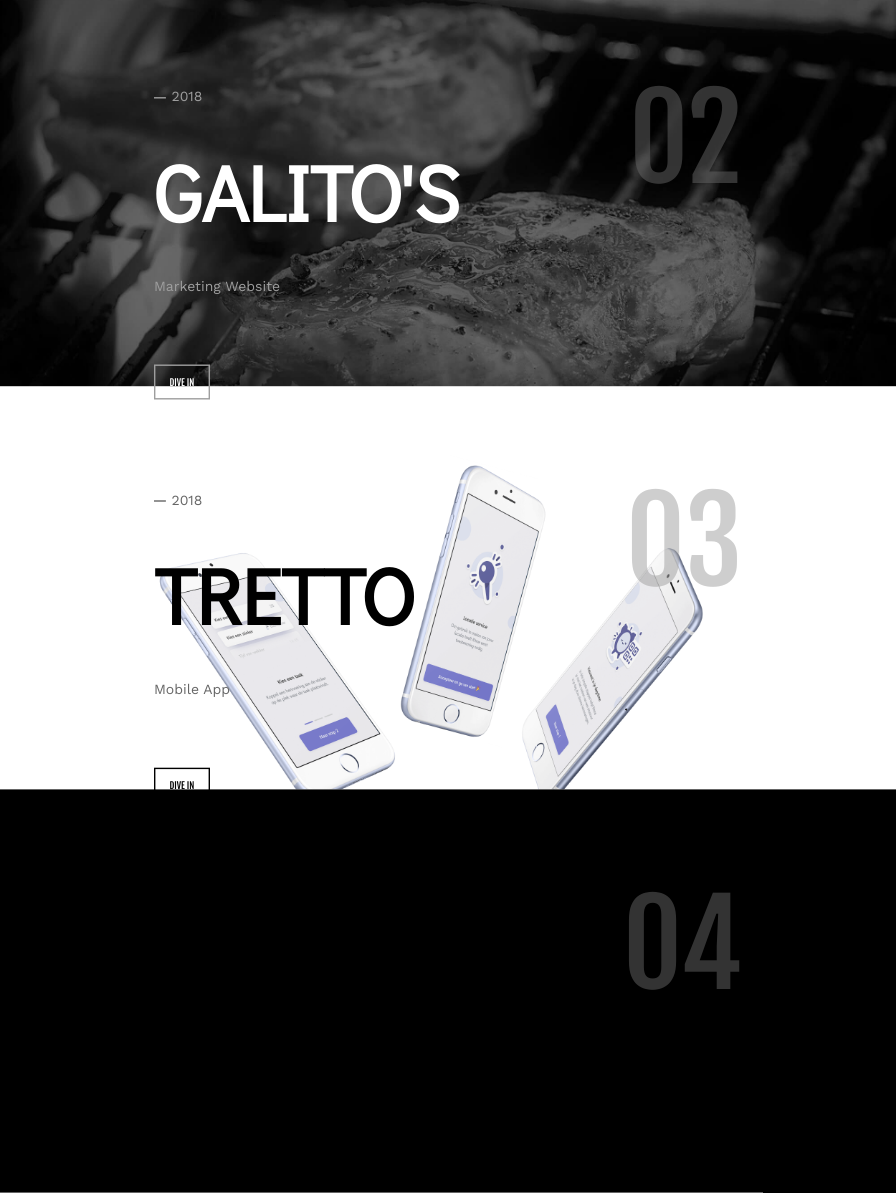
Repository: m0lt/DigitalDesigner
Page: index.html
The author's editor kept a copy of each file at every save. The page is drawn from the files as they stood at one save, then again after the next save.
The browser window is 1280 px wide. The pictures show the part of the page from y = 2584 to 4504 px (the page is 4288 px tall before and 4504 px after), at 70% of full size.
Backgrounds fixed to the window are drawn as part of the page.

Above is the page before, as saved 2025-07-08 11:33:55.

After the next save:
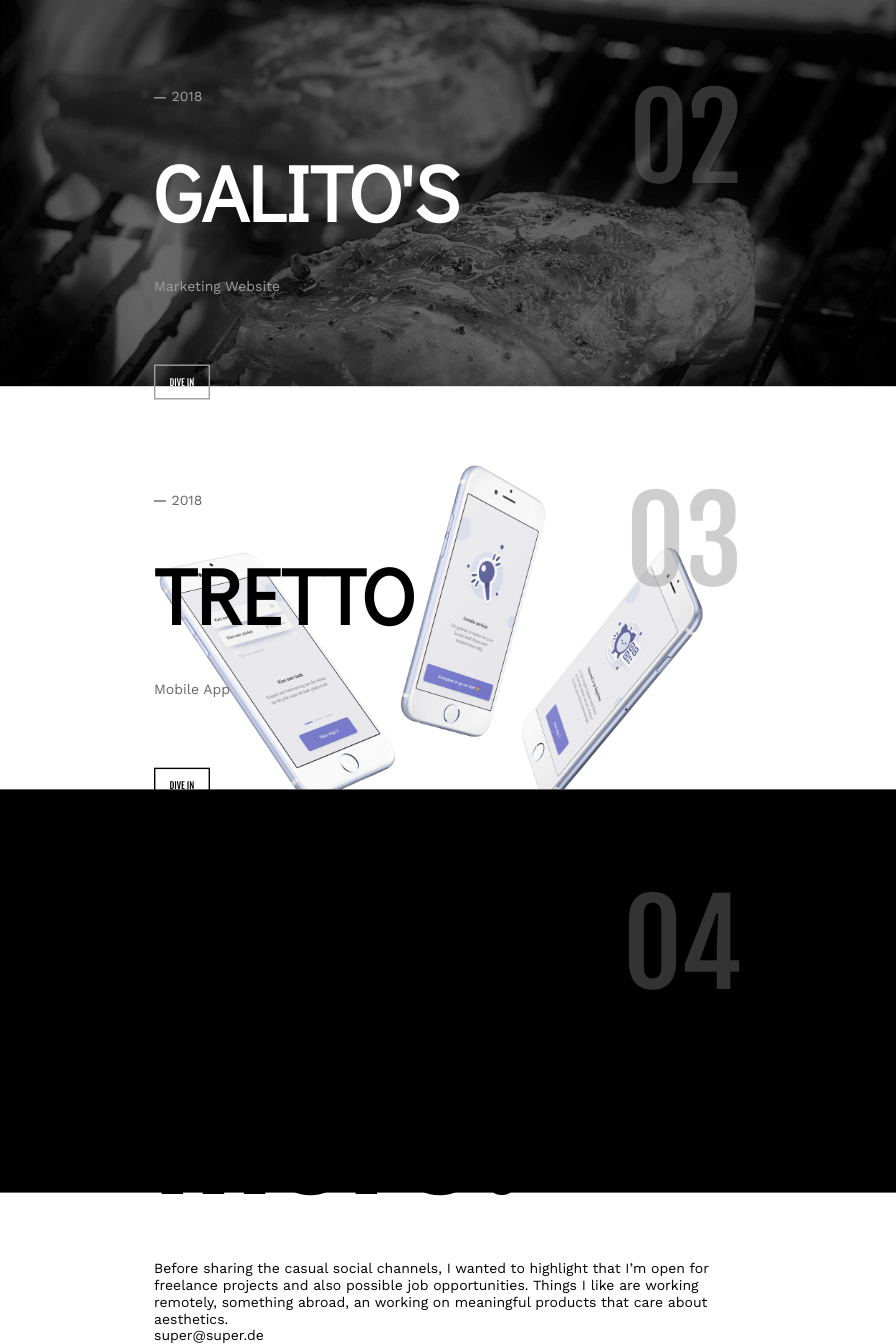
Saved 36 s later.
--- a/assets/css/styles.css
+++ b/assets/css/styles.css
@@ -150,3 +150,8 @@
 #more {
   background-color: var(--void);
 }
+
+#more h2 {
+  font-size: 180px;
+  font-family: "Work Sans";
+}
